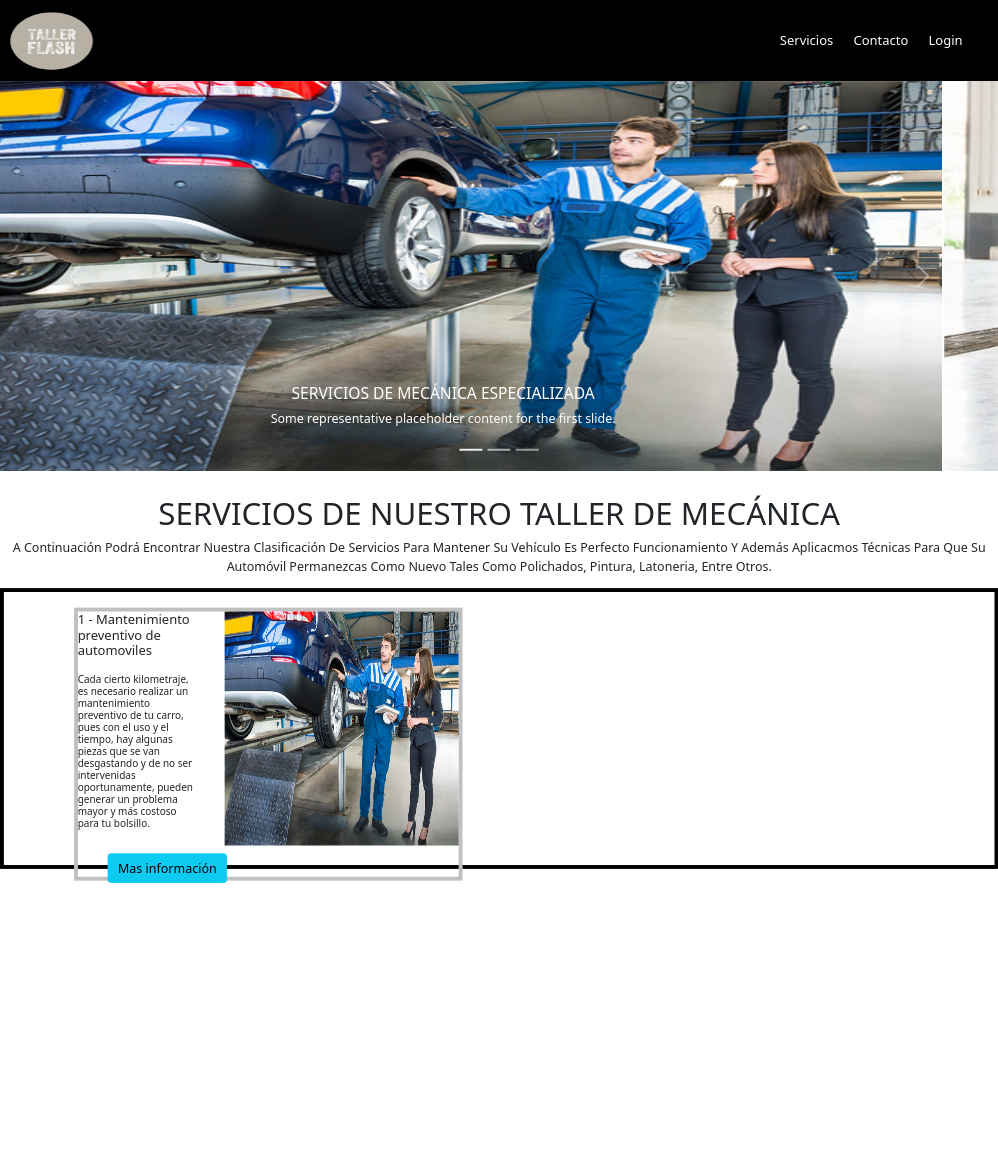
Repository: nder1996/Boostrap.Taller.Arquitectura
Page: Index.html
The author's editor kept a copy of each file at every save. The page is drawn from the files as they stood at one save, then again after the next save.
The browser window is 1280 px wide. The pictures show the whole page, at 78% of full size.

Above is the page before, as saved 2021-07-23 07:00:53.

After the next save:
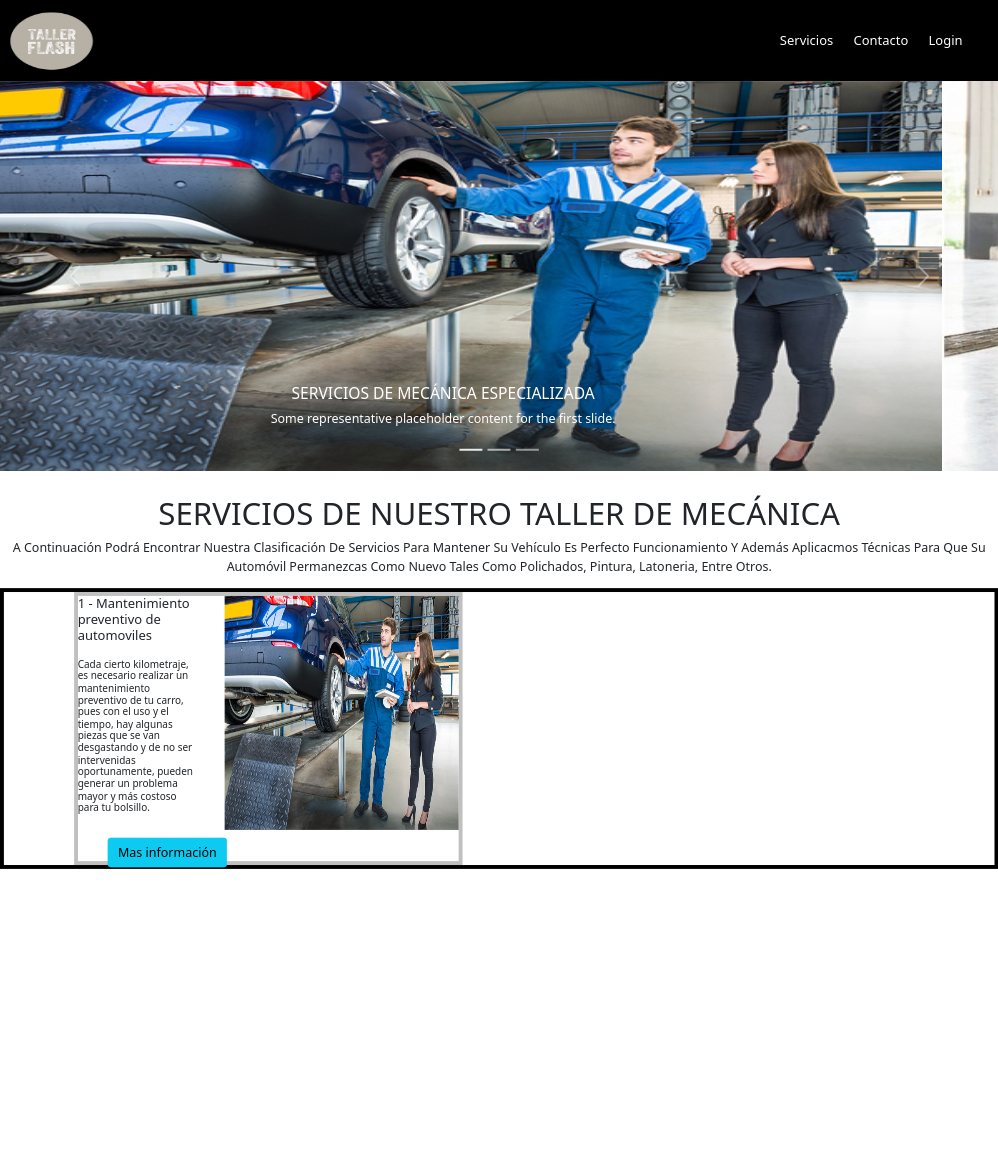
Saved 9 s later.
--- a/css/style.css
+++ b/css/style.css
@@ -53,7 +53,6 @@ nav li a{
     display: flex;
     width: 40%;
     height: 350px;
-    top:20px;
     margin-left: 90px;
     left:-1%;
 
